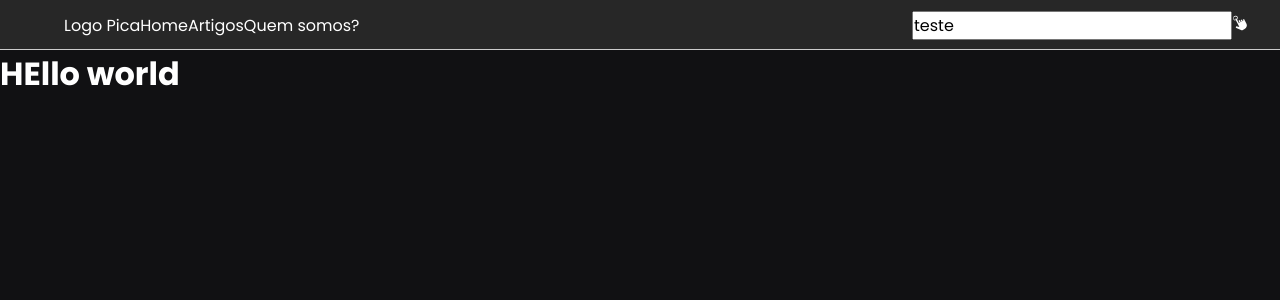
Repository: ArthurHendrich/Inepto
Page: /
The author's editor kept a copy of each file at every save. The page is drawn from the files as they stood at one save, then again after the next save.
The browser window is 1280 px wide. The pictures show the whole page.
The project was rebuilt for these pictures with package versions that can differ from the ones it lists, and the page was loaded fresh each time. The framework's server and built-in components were replaced by stand-ins that run in the browser. Also part of the build but not shown: next.config.js.

Above is the page before, as saved 2022-07-06 18:59:50.

After the next save:
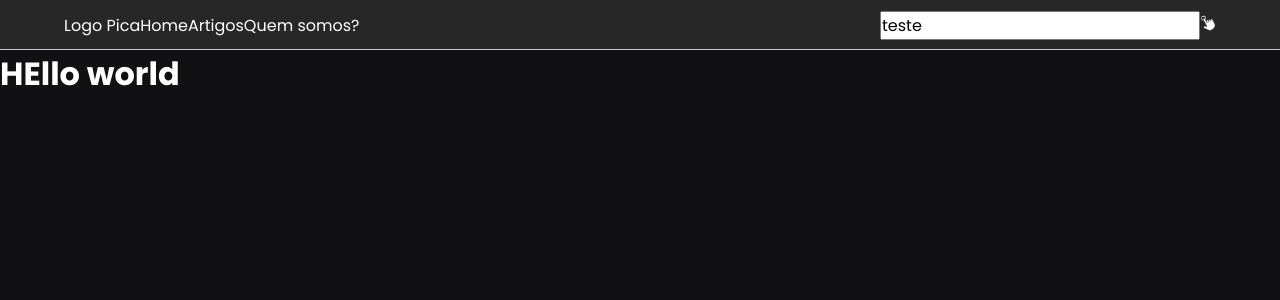
Saved 14 s later.
--- a/src/components/header/styles.module.scss
+++ b/src/components/header/styles.module.scss
@@ -9,7 +9,7 @@
   height: 3.125rem;
   margin: 0 auto;
   display: flex;
-  padding: 0 2rem;
+  padding: 0 4rem;
   align-items: center;
   justify-content: space-between;
 
@@ -17,6 +17,6 @@
     display: flex;
     align-items: center;
     justify-content: space-between;
-    padding: 0 2rem;
+    padding: 0
   }
 }
